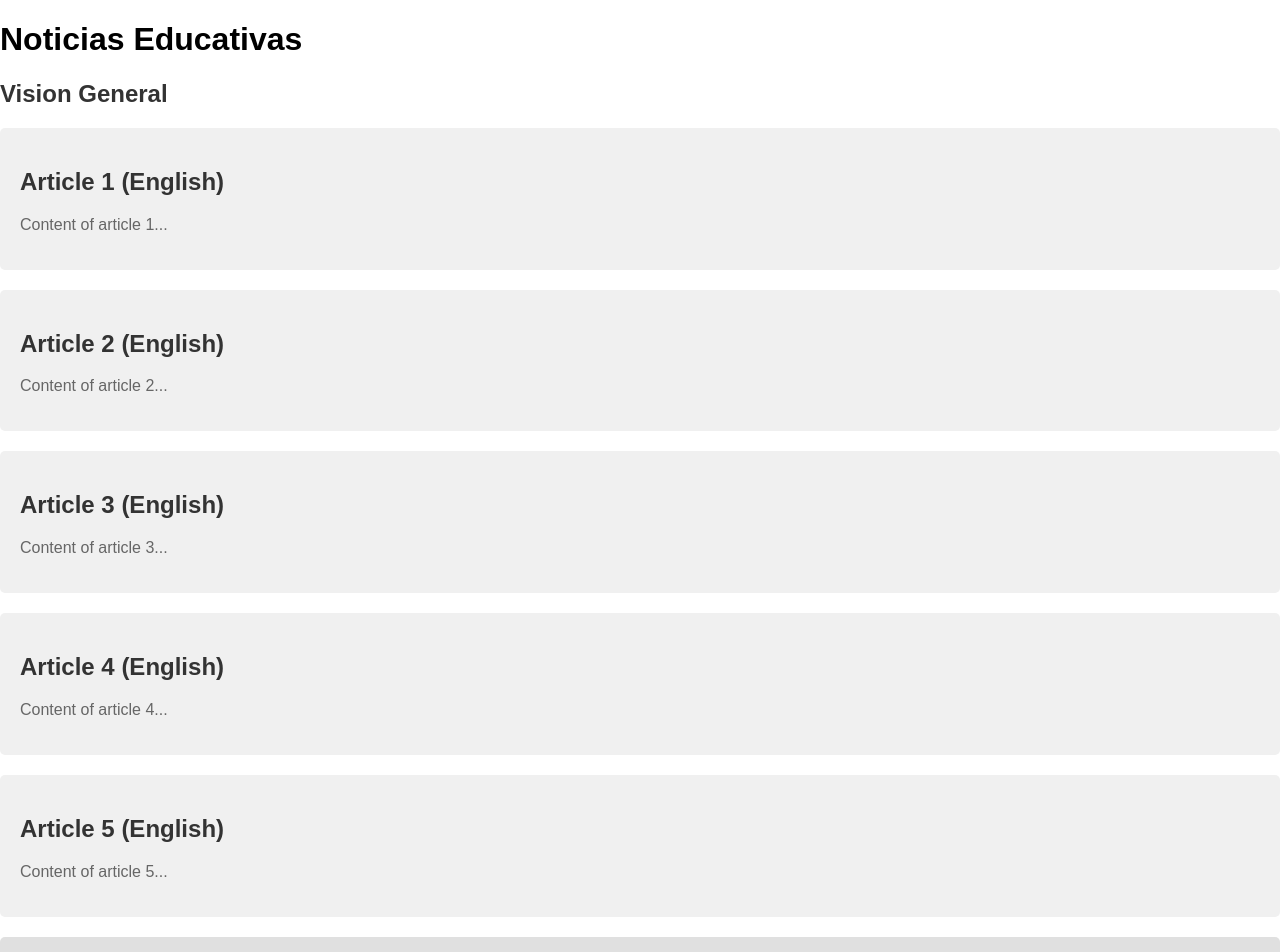
Repository: ByteFros/ramon
Page: ejercicio.html
The author's editor kept a copy of each file at every save. The page is drawn from the files as they stood at one save, then again after the next save.
The browser window is 1280 px wide. The pictures show the part of the page from y = 0 to 952 px (the page is 2050 px tall before and 1735 px after).
A picture or video elsewhere on the page could not be fetched, so the positions and the page height are approximate.

Above is the page before, as saved 2024-02-06 19:00:40.

After the next save:
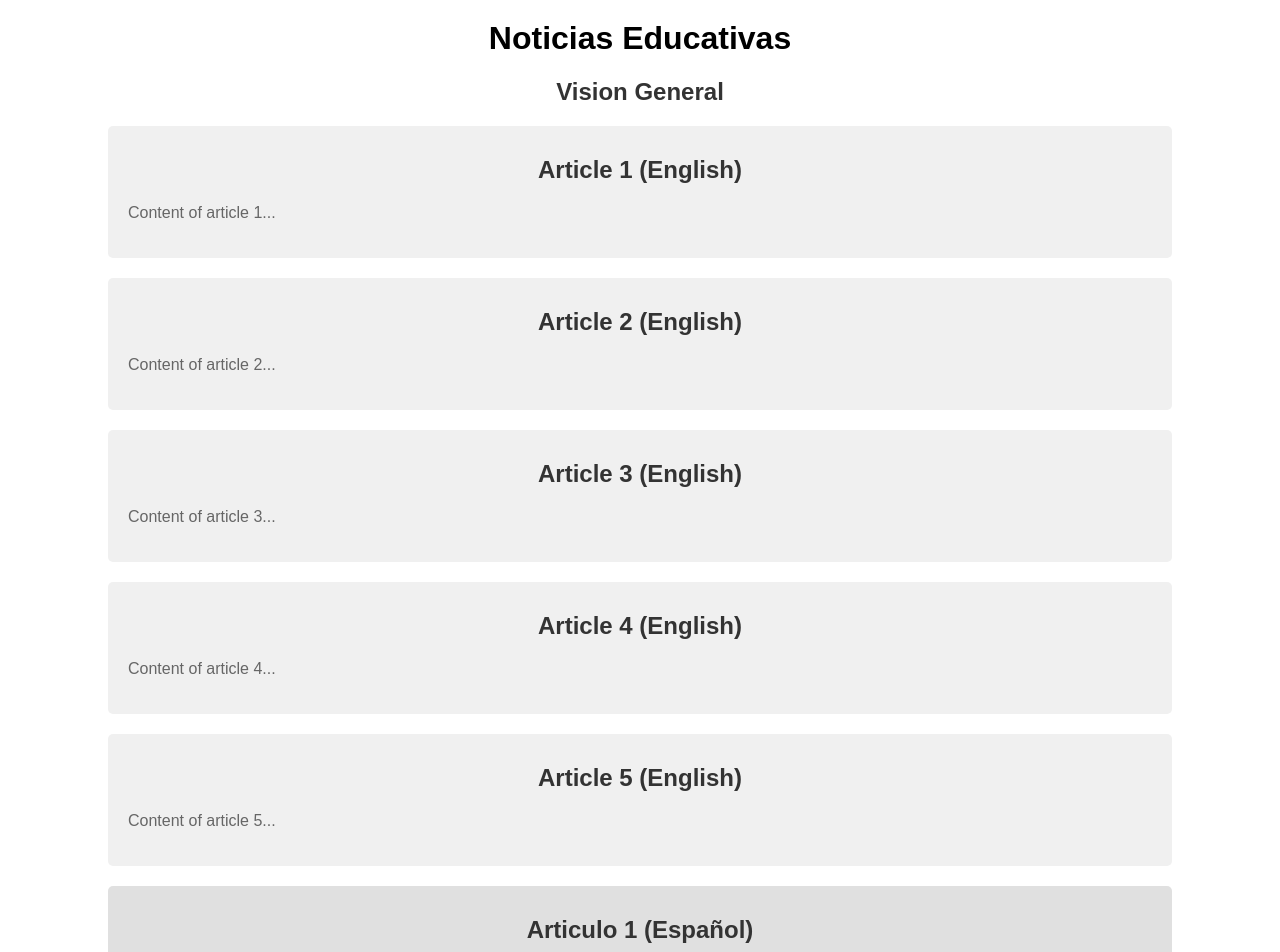
Saved 59 s later.
--- a/style.css
+++ b/style.css
@@ -5,20 +5,34 @@
     padding: 0;
 }
 
+/* Estilo para el título principal */
+h1 {
+    text-align: center;
+    margin-top: 20px;
+}
+
+/* Estilo para el subtítulo */
+h2 {
+    text-align: center;
+    margin-top: 10px;
+}
+
 /* Estilo para los artículos en inglés */
 .english-article {
     background-color: #f0f0f0;
     padding: 20px;
-    margin-bottom: 20px;
+    margin: 20px auto;
     border-radius: 5px;
+    width: 80%;
 }
 
 /* Estilo para los artículos en español */
 .spanish-article {
     background-color: #e0e0e0;
     padding: 20px;
-    margin-bottom: 20px;
+    margin: 20px auto;
     border-radius: 5px;
+    width: 80%;
 }
 
 /* Estilo para los títulos de los artículos */
@@ -32,13 +46,13 @@
 }
 
 /* Estilo para el contenedor del feed RSS */
-#rss-feed-container {
+div {
     text-align: center;
     margin-top: 30px;
 }
 
 /* Estilo para el logo del feed RSS */
-#rss-feed-container img {
+div img {
     width: 100px;
     height: auto;
 }
